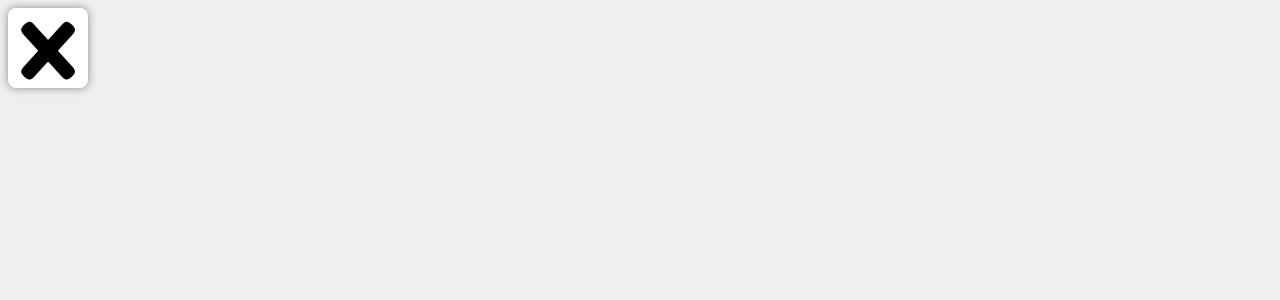
Repository: Seva2705/tic-tac-toe.github.io
Page: /
These files come from the project's save history. The page is drawn as it stood at one moment and after a run of saves; the edit follows.
The browser window is 1280 px wide. The pictures show the whole page.
The project was rebuilt for these pictures with package versions that can differ from the ones it lists, and the page was loaded fresh each time.

Above is the page before, as saved 2023-04-04 16:59:44.

### public/index.html
<!DOCTYPE html>
<html lang="en">
<head>
  <meta charset="utf-8" />
  <link rel="icon" href="%PUBLIC_URL%/favicon.ico" />
  <meta name="viewport" content="width=device-width, initial-scale=1" />
  <meta name="theme-color" content="#000000" />
  <meta
  name="description"
  content="Web site created using create-react-app"
  />
  <link rel="apple-touch-icon" href="%PUBLIC_URL%/logo192.png" />
  <link rel="preconnect" href="https://fonts.googleapis.com">
  <link rel="preconnect" href="https://fonts.gstatic.com" crossorigin>
  <link href="https://fonts.googleapis.com/css2?family=Fredoka:wght@400;500;700&display=swap" rel="stylesheet">
  <!--
    manifest.json provides metadata used when your web app is installed on a
    user's mobile device or desktop. See https://developers.google.com/web/fundamentals/web-app-manifest/
  -->
  <link rel="manifest" href="%PUBLIC_URL%/manifest.json" />
  <!--
    Notice the use of %PUBLIC_URL% in the tags above.
    It will be replaced with the URL of the `public` folder during the build.
    Only files inside the `public` folder can be referenced from the HTML.

    Unlike "/favicon.ico" or "favicon.ico", "%PUBLIC_URL%/favicon.ico" will
    work correctly both with client-side routing and a non-root public URL.
    Learn how to configure a non-root public URL by running `npm run build`.
  -->
  <title>React App</title>
</head>
<body>
  <noscript>You need to enable JavaScript to run this app.</noscript>
  <div id="root"></div>
  <!--
    This HTML file is a template.
    If you open it directly in the browser, you will see an empty page.

    You can add webfonts, meta tags, or analytics to this file.
    The build step will place the bundled scripts into the <body> tag.

      To begin the development, run `npm start` or `yarn start`.
      To create a production bundle, use `npm run build` or `yarn build`.
    -->
  </body>
  </html>

### src/App.js

import './App.css';
import Box from './components/Box';

function App() {
  return (
    <div className="App">
      <Box value="X" onClick={null}/>
    </div>
  );
}

export default App;

### src/App.css
* {
  box-sizing: border-box;

}

body {
  margin: 0;
  background-color: #efefef;
  font-family: "Fredoka", sans-serif;
}

### src/components/Box.js
import React from 'react'

import './Box.css'

const Box = ({value, onClick}) => {
    const style = value === 'X' ? 'box x' : 'box o';
  return (
    <button className={style} onClick={value}>X</button>
  )
}

export default Box

### src/components/Box.css
.box {
    background-color: white;
    border: none;
    border-radius: 10%;
    box-shadow: 0px 0px 8px #888;
    width: 5rem;
    height: 5rem;
    text-align: center;
    font-size: 5em;
    font-family: 'Fredoka', sans-serif;
    font-weight: bold;
    line-height: 5rem;
    margin: 0.5rem;
    cursor: pointer;

}

.x {
    color: rgb(255, 70, blue)
}

Loaded but not shown: src/index.js (common file); src/index.css (common file)

After the next 3 saves:
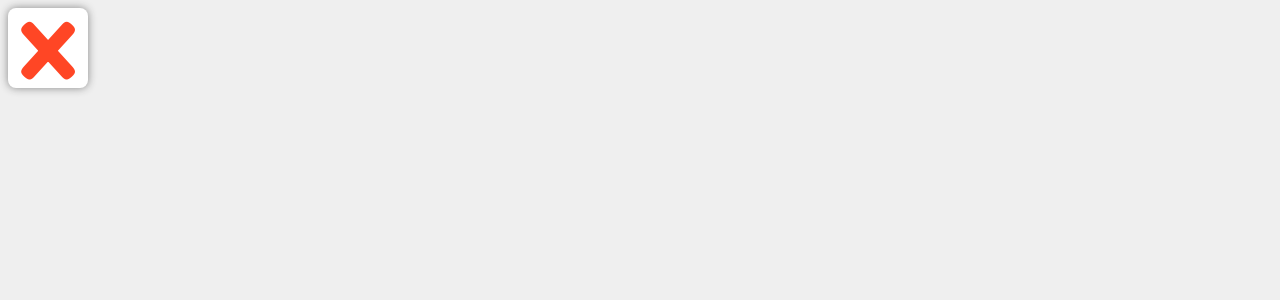
The 3 saves are shown as one change because they came seconds apart.
The last was saved 9 s later.
--- a/src/components/Box.css
+++ b/src/components/Box.css
@@ -16,5 +16,5 @@
 }
 
 .x {
-    color: rgb(255, 70, blue)
+    color: rgb(255, 70, 37)
 }
